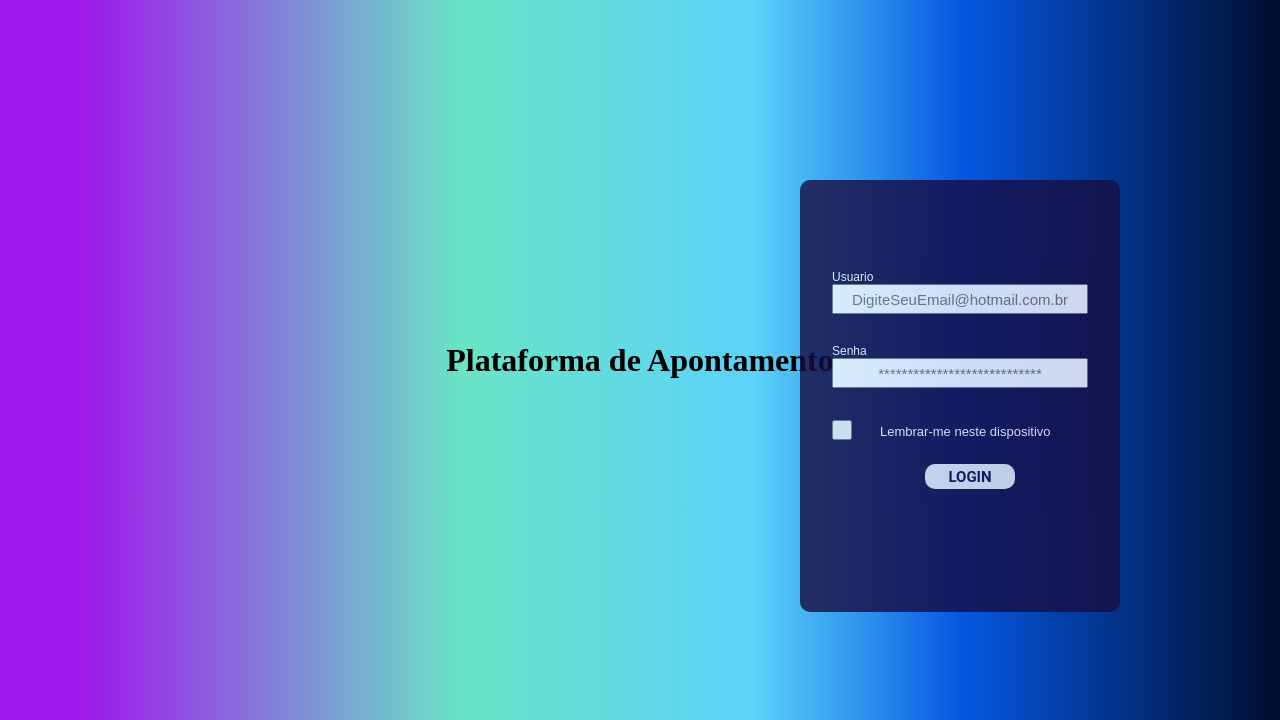
Repository: KevynMarques/Estudos-Reactjs-Firebase
Page: /
The author's editor kept a copy of each file at every save. The page is drawn from the files as they stood at one save, then again after the next save.
The browser window is 1280 px wide. The pictures show the whole page.
The page's requests for data from a server got no answer. The project was rebuilt for these pictures with package versions that can differ from the ones it lists, and the page was loaded fresh each time. No one was signed in, and anything a server would have sent is missing. Also part of the build but not shown: src/Pages/Page2.jsx.

Above is the page before, as saved 2022-08-23 14:51:44.

### public/index.html
<!DOCTYPE html>
<html lang="pt-BR">
  <head>
    <meta charset="utf-8" />
    <link rel="icon" href="%PUBLIC_URL%/favicon.ico" />
    <meta name="viewport" content="width=device-width, initial-scale=1" />
    <meta name="theme-color" content="#000000" />
    <meta
      name="description"
      content="Web site created using create-react-app"
    />
    <link rel="apple-touch-icon" href="%PUBLIC_URL%/logo192.png" />
    <!--
      manifest.json provides metadata used when your web app is installed on a
      user's mobile device or desktop. See https://developers.google.com/web/fundamentals/web-app-manifest/
    -->
    <link rel="manifest" href="%PUBLIC_URL%/manifest.json" />
    <!--
      Notice the use of %PUBLIC_URL% in the tags above.
      It will be replaced with the URL of the `public` folder during the build.
      Only files inside the `public` folder can be referenced from the HTML.

      Unlike "/favicon.ico" or "favicon.ico", "%PUBLIC_URL%/favicon.ico" will
      work correctly both with client-side routing and a non-root public URL.
      Learn how to configure a non-root public URL by running `npm run build`.
    -->
    <title>Squad</title>
  </head>
  <body>
    <noscript>You need to enable JavaScript to run this app.</noscript>
    <div id="root"></div>
    <!--
      This HTML file is a template.
      If you open it directly in the browser, you will see an empty page.

      You can add webfonts, meta tags, or analytics to this file.
      The build step will place the bundled scripts into the <body> tag.

      To begin the development, run `npm start` or `yarn start`.
      To create a production bundle, use `npm run build` or `yarn build`.
    -->
  </body>
</html>

### src/App.jsx
import React from "react";
import Router from "./Routers/router";
import { GlobalStyle } from "./GlobalStyle";



function App() {
  return (
    <>
    <GlobalStyle/>
      <Router/>
    </>
  );
}

export default App;

### src/Routers/router.jsx
import { BrowserRouter, Routes, Route } from "react-router-dom";
import { Page1 } from "../Pages/Page1";
import { Page2 } from "../Pages/Page2";



export default () => {
  return (
    <>
    <BrowserRouter >
    <Routes >
      <Route path="/" element={<Page1 />} />
      <Route path="/Page2" element={<Page2 />} />
    </Routes>
    </BrowserRouter>
    </>
  );
}

### src/GlobalStyle.jsx

import { createGlobalStyle } from 'styled-components';

export const GlobalStyle = createGlobalStyle`
 * {
   margin: 0;
   padding: 0;
   box-sizing: border-box;
 }
`;

### src/Pages/Page1.jsx
import React from "react";
import { Login } from "../Components/Login/index";


export const Page1 = ()=>{
   return(
    <Login />
   );
}

### src/Components/Login/index.jsx
import React from "react";
import { authConfig } from "../../Auth/config";
import { BoxHome, BoxLogin, ButtomLogin, InputDeLogin, Remember, TextLogin, TextRemember, TextTittle} from "./style";






export const Login =()=>{
  return (
    <BoxHome>
      <TextTittle>
        Plataforma de Apontamento
      </TextTittle>

    <BoxLogin>
       <TextLogin>Usuario</TextLogin>
       <InputDeLogin type="email" id="email" name="email" placeholder="DigiteSeuEmail@hotmail.com.br" />
       <TextLogin>Senha</TextLogin>
       <InputDeLogin type="text" id="password" name="password"  placeholder="****************************"/>
      <Remember />
      <TextRemember>Lembrar-me neste dispositivo</TextRemember>
     <ButtomLogin>
      LOGIN
     </ButtomLogin>
    </BoxLogin>
    </BoxHome>
  )
}

### src/Auth/config.jsx
import * as firebase from 'firebase/app';
import 'firebase/auth';

export const authConfig = firebase.initializeApp({
  apiKey: process.env.REACT_APP_FIREBASE_KEY,
  authDomain: process.env.REACT_APP_FIREBASE_DOMAIN,
  projectId: process.env.REACT_APP_FIREBASE_PROJECT_ID,
  storageBucket: process.env.REACT_APP_FIREBASE_STORAGE_BUCKET,
  messagingSenderId:process.env.REACT_APP_FIREBASE_SENDER_ID,
});

### src/Components/Login/style.jsx
import styled from "styled-components";

export const BoxHome = styled.div`
display: flex;
align-items: center;
justify-content: center;
background: rgb(159,22,235);
background: linear-gradient(90deg, rgba(159,22,235,1) 6%, rgba(106,228,197,1) 36%, rgba(91,210,249,1) 59%, rgba(6,88,226,1) 75%, rgba(0,13,45,1) 100%);
height: 100vh;
`;


export const TextTittle = styled.h1`
position: absolute;
mar

`;

export const BoxLogin = styled.div`
  width: 25vw;
  height: 60vh;
  background-color: #170d43;
  opacity: 0.8;
  border-radius: 10px;
  margin-top: 10vh;
  margin-left: 50vw;
  display: flex;
  flex-direction: column;
  padding-top: 60px;
`;

export const InputDeLogin = styled.input`
width: 80%;
margin-left: 10%;
height: 30px;
text-align: center;
font-size: 15px;

`;

export const TextLogin = styled.label`
 color: white;
 font-family: Arial, Helvetica, sans-serif;
 font-size: 12px;
 margin-left: 10%;
 margin-top: 30px;
`;


export const Remember = styled.button`
 width: 20px;
 height: 20px;
 margin-left: 10%;
 margin-top: 10%;
 cursor: pointer;
`;

export const TextRemember = styled.label`
  color: white;
  font-family: Arial, Helvetica, sans-serif;
  font-size: 13px;
  margin-left: 25%;
  margin-top: -5%;
`;


export const ButtomLogin = styled.button`
@import url('https://fonts.googleapis.com/css2?family=Macondo&family=Roboto:wght@500&display=swap');
 width: 90px;
 height: 25px;
 border: none;
 border-radius: 10px;
 font-weight: bold;
 font-family: 'Roboto', sans-serif;
 font-size: 15px;
 color:#170d43;
 margin-left: 125px;
 margin-top: 25px;
`;

Loaded but not shown: src/index.js (common file)

After the next save:
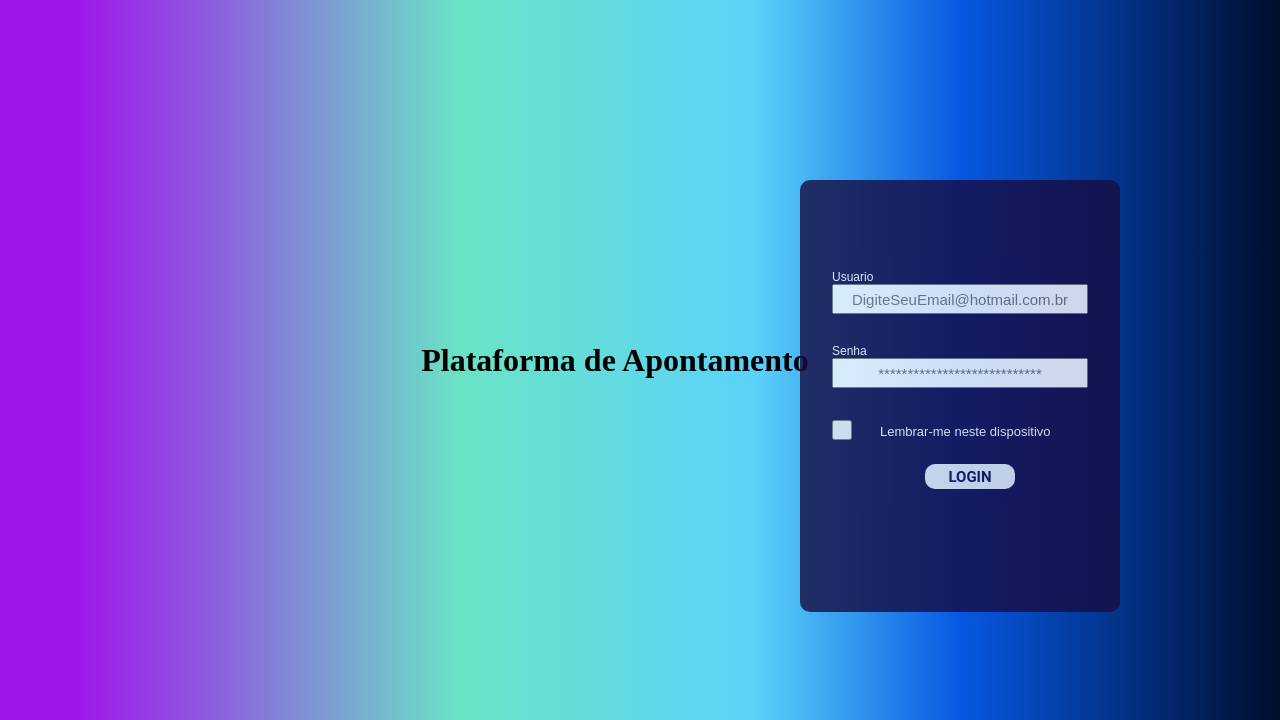
Saved 4 s later.
--- a/src/Components/Login/style.jsx
+++ b/src/Components/Login/style.jsx
@@ -12,7 +12,7 @@ height: 100vh;
 
 export const TextTittle = styled.h1`
 position: absolute;
-mar
+margin-left: -50px;
 
 `;
 
